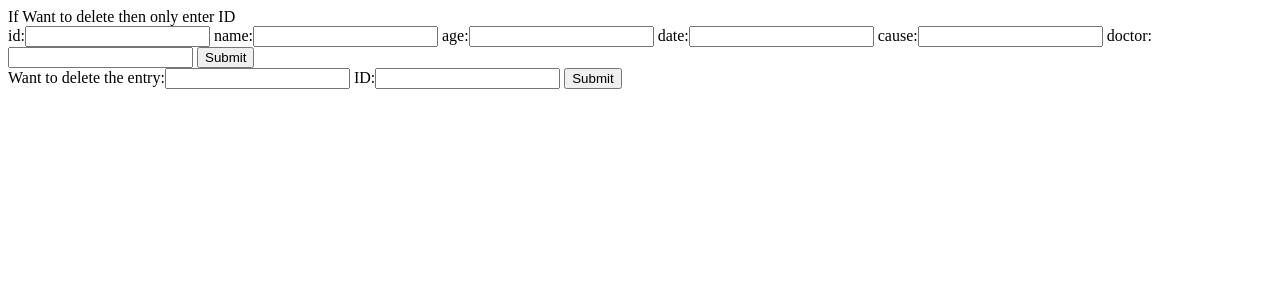
Repository: utkarsh-002/J2EE
Page: http://localhost/patient/info.jsp
These files come from the project's save history. The page is drawn as it stood at one moment and after the next save; the edit follows.
The browser window is 1280 px wide. The pictures show the whole page.
The page is served by Tomcat 10. Other server files are loaded and not shown.

Above is the page before, as saved 2022-08-10 20:25:11.

### Itreturns/patient/src/main/webapp/info.jsp
<%@ page language="java" contentType="text/html; charset=ISO-8859-1"
    pageEncoding="ISO-8859-1"%>
<!DOCTYPE html>
<html>
<head>
<meta charset="ISO-8859-1">
<title>Hospital</title>
</head>
<body>
<form action="input" method="get">
If Want to delete then only enter ID<br>
id:<input type="text" name="id">
name:<input type="text" name="name">
age:<input type="text" name="age">
date:<input type="text" name="date">
cause:<input type="text" name="cause">
doctor:<input type="text" name="doctor">
<input type=submit>
</form>
<form action="input">
Want to delete the entry:<input type="text" name="del">
ID:<input type="text" name="id">
<input type=submit>
</form>
</body>
</html>

After the next save:
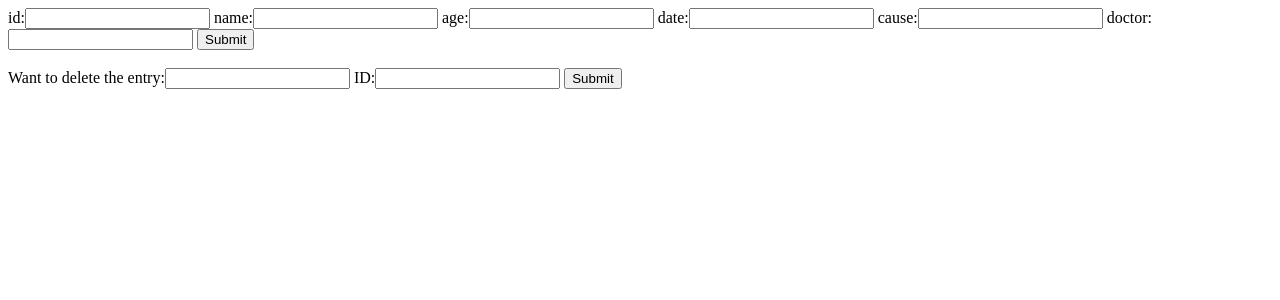
Saved 42 s later.
--- a/Itreturns/patient/src/main/webapp/info.jsp
+++ b/Itreturns/patient/src/main/webapp/info.jsp
@@ -8,7 +8,6 @@
 </head>
 <body>
 <form action="input" method="get">
-If Want to delete then only enter ID<br>
 id:<input type="text" name="id">
 name:<input type="text" name="name">
 age:<input type="text" name="age">
@@ -16,7 +15,7 @@ date:<input type="text" name="date">
 cause:<input type="text" name="cause">
 doctor:<input type="text" name="doctor">
 <input type=submit>
-</form>
+</form><br>
 <form action="input">
 Want to delete the entry:<input type="text" name="del">
 ID:<input type="text" name="id">
